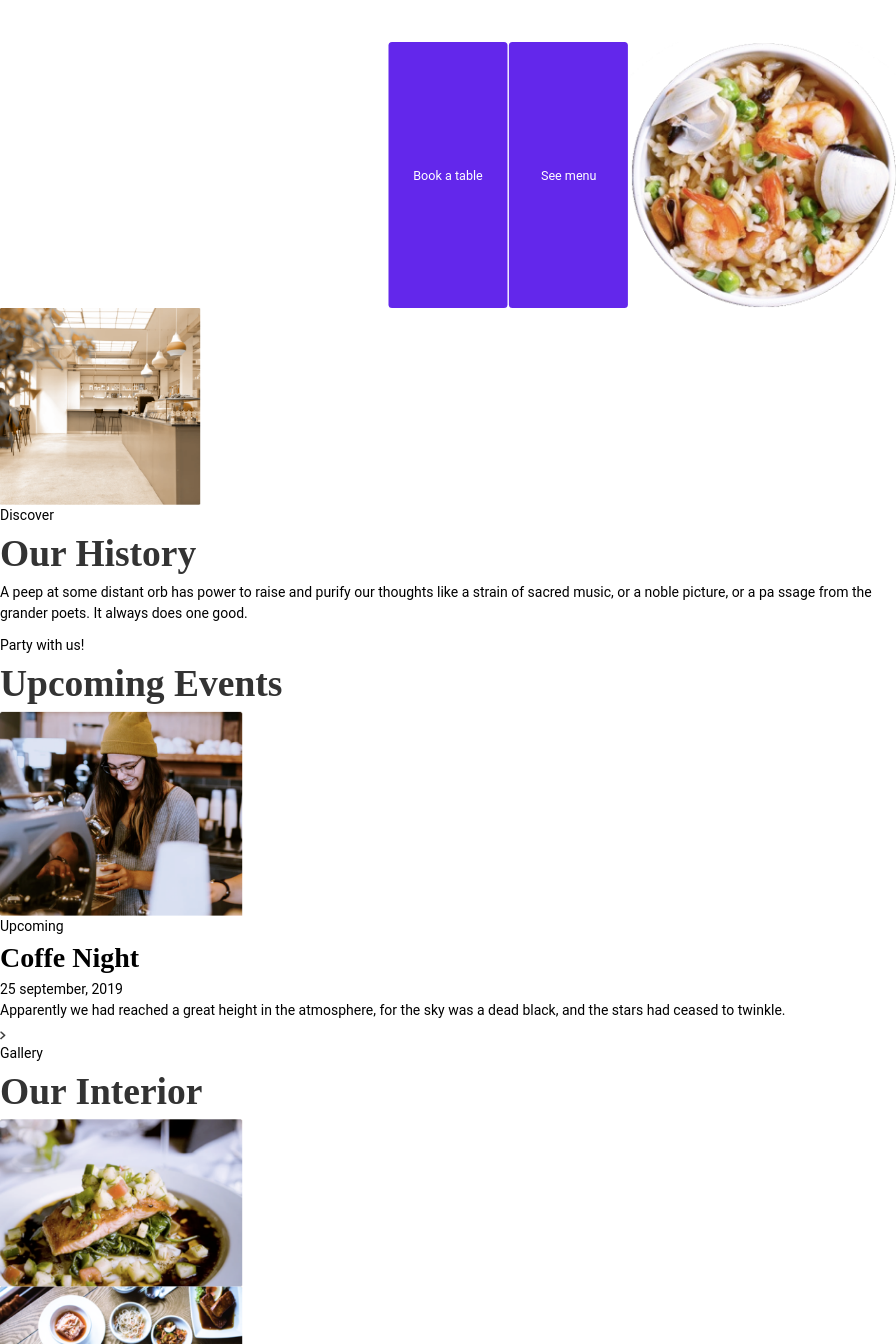
Repository: murilopellis-12/Tailwind-Prova
Page: index.html
These files come from the project's save history. The page is drawn as it stood at one moment and after a run of saves; the edit follows.
The browser window is 1280 px wide. The pictures show the part of the page from y = 0 to 1920 px (the page is 4266 px tall before and 4349 px after), at 70% of full size.

Above is the page before, as saved 2026-10-26 20:20:01.
Not found: style.css

After the next 4 saves:
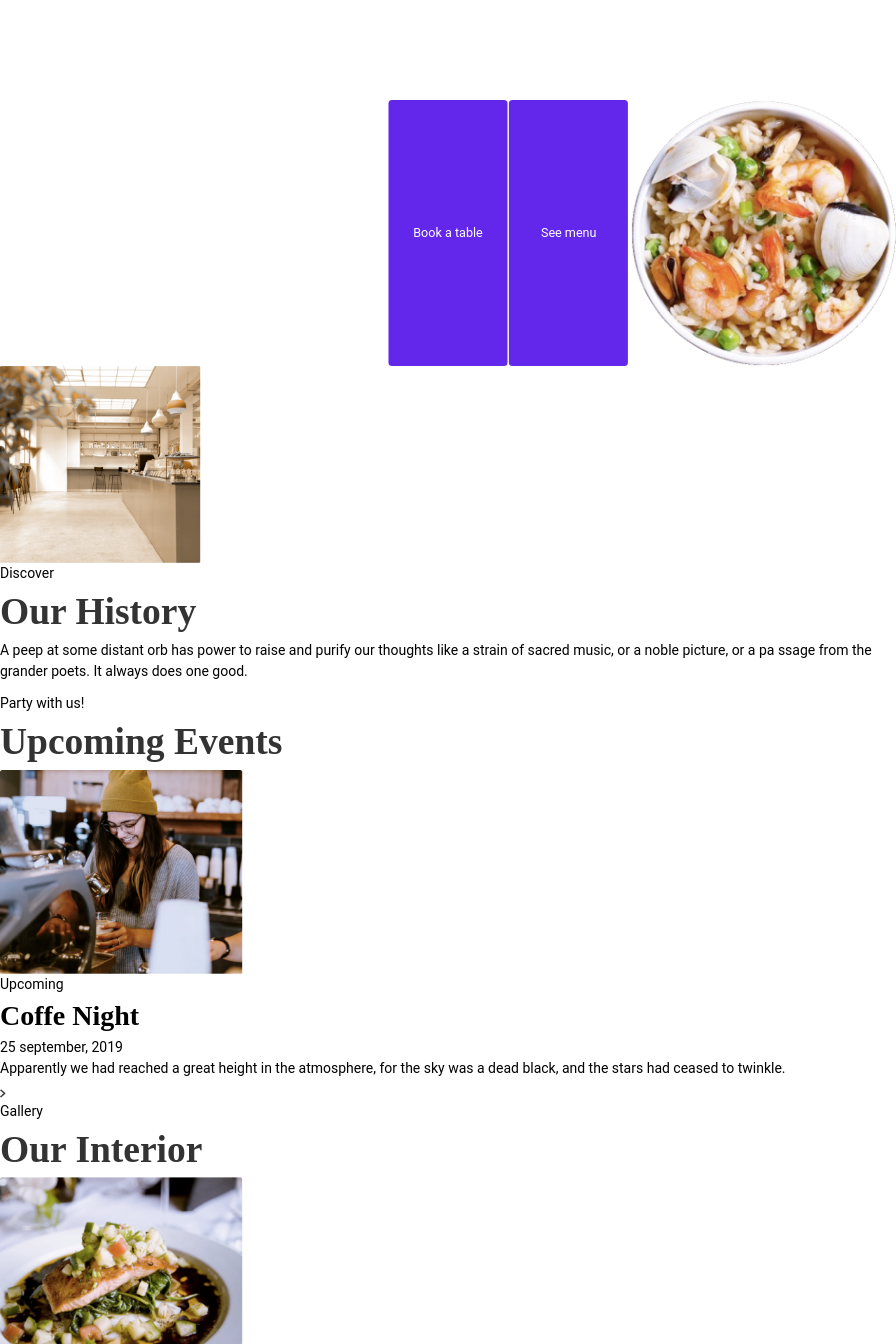
The 4 saves are shown as one change because they came seconds apart.
The last was saved 7 min 16 s later.
--- a/index.html
+++ b/index.html
@@ -79,7 +79,7 @@
 
   <body>
     <header class="header-principal bg-[linear-gradient(rgba(51,51,51,0.9),_rgba(51,51,51,0.9)),_url('img/imagem-fundo.png')] bg-cover bg-center w-[100%] h-auto p-[1.6rem_var(--espaco-pequeno)_clamp(5rem,calc(3.592rem+3.756vw),9rem)_var(--espaco-pequeno)]
-    flex flex-col gap-[clamp(4.3rem, calc(2.645rem + 4.413vw), 9rem)]">
+    flex flex-col gap-[clamp(4.3rem,calc(2.645rem+4.413vw),9rem)]">
       <div class="conteudo-header flex justify-between w-[100%] items-center">
         <div>
           <a aria-label="redireciona para o início" id="ancora-header" href="#"
